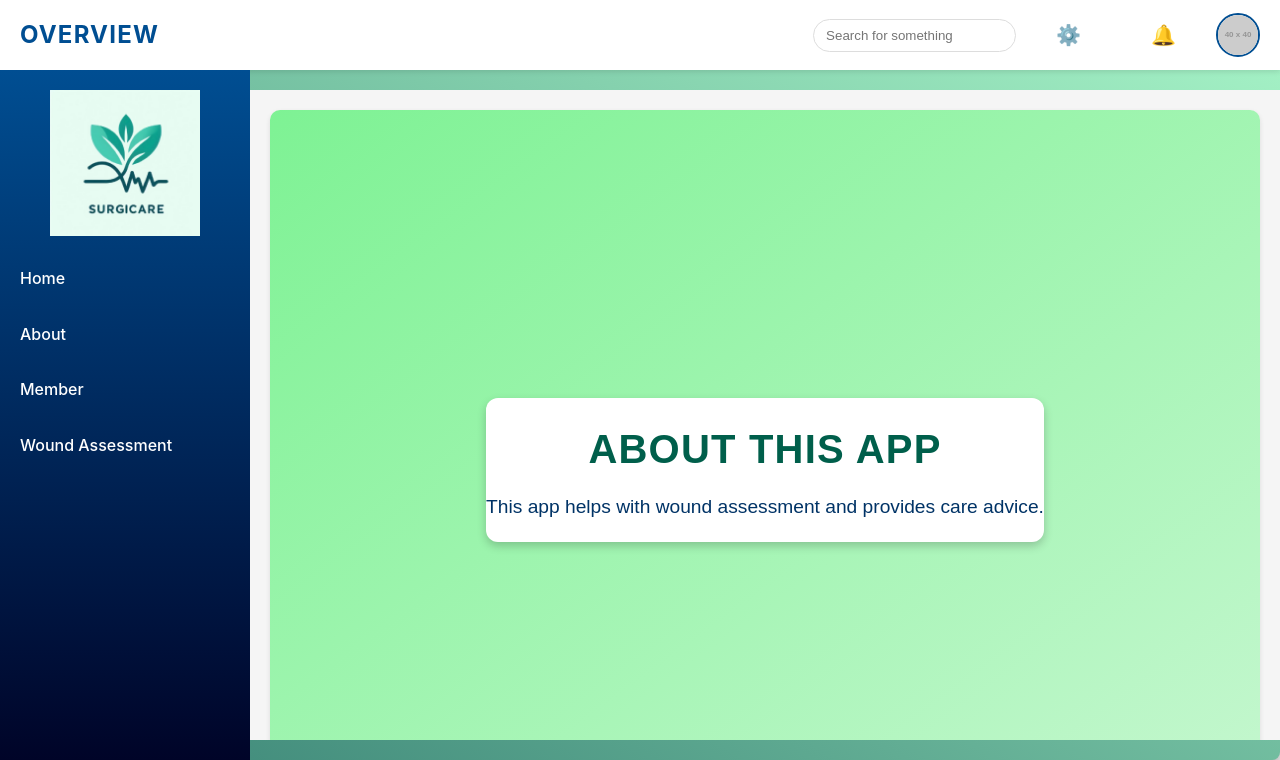
Repository: Jinwoo290350/Surgicare-Vue
Page: /about (app in surgicare/)
An editor plug-in stored every save of this project. The page is shown before and after the next save, followed by the edit.
The browser window is 1280 px wide. The pictures show the whole page.
The project was rebuilt for these pictures with package versions that can differ from the ones it lists, and the page was loaded fresh each time. Also part of the build but not shown: surgicare/vite.config.js, surgicare/src/views/Home.vue, surgicare/src/views/Member.vue, surgicare/src/components/WoundAssessment.vue.

Above is the page before, as saved 2024-12-30 20:41:36.
Console error: TypeError: Cannot read properties of null (reading 'getContext')

### surgicare/index.html
<!doctype html>
<html lang="en">
  <head>
    <meta charset="UTF-8" />
    <link rel="icon" type="image/svg+xml" href="/vite.svg" />
    <meta name="viewport" content="width=device-width, initial-scale=1.0" />
    <title>Vite + Vue</title>
  </head>
  <body>
    <div id="app"></div>
    <script type="module" src="/src/main.js"></script>
  </script>
  <link href="https://fonts.googleapis.com/css2?family=Roboto:wght@400;500;700&display=swap" rel="stylesheet">

  <script type="text/javascript" src="./src/star.js"></script>
  </body>
</html>

### surgicare/src/main.js
import { createApp } from 'vue'
import './style.css'
import App from './App.vue'
import router from "./router";

createApp(App).use(router).mount("#app");

### surgicare/src/style.css
:root {
  font-family: Inter, system-ui, Avenir, Helvetica, Arial, sans-serif;
  line-height: 1.6;
  font-weight: 400;
  color-scheme: light dark;
  color: rgba(255, 255, 255, 0.87);
  background-color: #242424;
  font-synthesis: none;
  text-rendering: optimizeLegibility;
  -webkit-font-smoothing: antialiased;
  -moz-osx-font-smoothing: grayscale;
}

a {
  font-weight: 500;
  text-decoration: none;
  transition: color 0.3s ease-in-out;
}
a:hover {
  color: #4ca6a8; /* ใช้โทนสีเขียวฟ้าแทน */
}

body {
  margin: 0;
  display: flex;
  flex-direction: column;
  align-items: center;
  justify-content: center;
  min-width: 320px;
  min-height: 100vh;
  padding: 20px;
  background-color: #1e3c34;
  background-image: linear-gradient(to top right, #3a8476, #a8f5c8);
  background-repeat: no-repeat;
  border-radius: 8px;
  box-shadow: 0 8px 16px rgba(0, 0, 0, 0.4);
}

h1 {
  font-size: 3em;
  line-height: 1.2;
  color: #fff;
  text-transform: uppercase;
  letter-spacing: 1.2px;
  margin-bottom: 1em;
  transition: transform 0.3s ease-in-out;
}
h1:hover {
  transform: scale(1.1); /* เพิ่มเอฟเฟกต์ Hover */
}

button {
  border-radius: 10px;
  border: 2px solid transparent;
  padding: 0.8em 1.5em;
  font-size: 1em;
  font-weight: 600;
  background-color: #2a3f3b;
  color: #fff;
  cursor: pointer;
  transition: all 0.3s ease-in-out;
}
button:hover {
  border-color: #50c4b7;
  background-color: #344d47;
  transform: translateY(-3px);
}
button:focus,
button:focus-visible {
  outline: 4px solid #50c4b7;
}

.card {
  padding: 2.5em;
  background-color: #2e3d3a;
  border-radius: 12px;
  box-shadow: 0 6px 15px rgba(0, 0, 0, 0.5);
  transition: transform 0.3s ease-in-out, box-shadow 0.3s ease-in-out;
}
.card:hover {
  transform: translateY(-10px);
  box-shadow: 0 12px 20px rgba(0, 0, 0, 0.6);
}

#app {
  height: 100vh;
  width: 100vw;
  margin: 0;
  padding: 0;
  overflow: hidden;
}

/* Media Queries for Responsiveness */
@media (max-width: 768px) {
  body {
    padding: 15px;
  }

  h1 {
    font-size: 2.5em;
  }

  button {
    padding: 0.7em 1.2em;
    font-size: 0.95em;
  }

  .card {
    padding: 2em;
  }

  #app {
    padding: 1.5rem;
  }
}

@media (max-width: 480px) {
  h1 {
    font-size: 2em;
  }

  button {
    padding: 0.5em 1em;
    font-size: 0.9em;
  }

  .card {
    padding: 1.5em;
  }
}

/* Light Mode Styles */
@media (prefers-color-scheme: light) {
  :root {
    color: #1f2d2a;
    background-color: #ffffff;
  }
  a:hover {
    color: #57bdb3; /* โทนเขียวฟ้าสว่าง */
  }
  button {
    background-color: #f5f5f5;
    color: #1f2d2a;
    border-color: #50c4b7;
  }
  .card {
    background-color: #f9f9f9;
    box-shadow: 0 4px 8px rgba(0, 0, 0, 0.1);
  }
}

### surgicare/src/App.vue
<template>
  <div id="app" class="app-container">
    <header class="header">
      <h1>Overview</h1>
      <div class="header-tools">
        <input type="text" placeholder="Search for something" class="search-box" />
        <button class="settings-btn">⚙️</button>
        <button class="notifications-btn">🔔</button>
        <img src="https://via.placeholder.com/40" alt="Profile" class="profile-pic" />
      </div>
    </header>

    <div class="content-wrapper">
      <aside class="sidebar">
        <img src="/Users/frank/Vscode/Vue/surgicare/public/Icon_surgicare.png" alt="Logo" class="logo" />
        <nav class="menu">
          <router-link to="/" class="menu-item">Home</router-link>
          <router-link to="/about" class="menu-item">About</router-link>
          <router-link to="/member" class="menu-item">Member</router-link>
          <router-link to="/wound-assessment" class="menu-item">Wound Assessment</router-link>
        </nav>
      </aside>

      <main class="main-content">
        <router-view class="router-view" />
      </main>
    </div>
  </div>
</template>

<script>
export default {
  name: "DashboardPage",
};
</script>

<style scoped>
/* General Styles */
body {
  margin: 0;
  font-family: 'Poppins', Arial, sans-serif;
  height: 100vh;
  overflow: hidden;
}

.app-container {
  display: flex;
  flex-direction: column;
  height: 100vh;
}

/* Header Styling */
.header {
  position: fixed;
  top: 0;
  left: 0;
  right: 0;
  height: 70px;
  background: white;
  display: flex;
  justify-content: space-between;
  align-items: center;
  padding: 0 20px;
  box-shadow: 0 2px 5px rgba(0, 0, 0, 0.1);
  z-index: 1000;
}

.header h1 {
  font-size: 24px;
  color: #004e92;
  margin: 0;
}

.header-tools {
  display: flex;
  align-items: center;
}

.search-box {
  padding: 8px 12px;
  border: 1px solid #ddd;
  border-radius: 25px;
  margin-right: 10px;
  outline: none;
  transition: box-shadow 0.3s;
}

.search-box:focus {
  box-shadow: 0 0 10px rgba(0, 78, 146, 0.5);
}

.settings-btn,
.notifications-btn {
  background: none;
  border: none;
  font-size: 20px;
  color: #555;
  margin-right: 10px;
  cursor: pointer;
}

.profile-pic {
  width: 40px;
  height: 40px;
  border-radius: 50%;
  border: 2px solid #004e92;
}

/* Content Wrapper */
.content-wrapper {
  display: flex;
  flex: 1;
  margin-top: 70px; /* Offset for the header */
}

/* Sidebar Styling */
.sidebar {
  width: 250px;
  background: linear-gradient(to bottom, #004e92, #000428);
  color: white;
  padding: 20px 0;
  display: flex;
  flex-direction: column;
  align-items: center;
  height: calc(100vh - 70px);
  position: fixed;
  left: 0;
  top: 70px; /* Below the header */
  z-index: 1000;
}

.logo {
  width: 100%;
  max-width: 150px;
  margin-bottom: 20px;
}

.menu {
  width: 100%;
}

.menu-item {
  display: block;
  text-decoration: none;
  color: white;
  font-size: 16px;
  padding: 10px 20px;
  margin-bottom: 10px;
  border-radius: 8px;
  transition: background 0.3s, transform 0.3s;
}

.menu-item:hover {
  background: rgba(255, 255, 255, 0.2);
  transform: scale(1.05);
}

/* Main Content */
.main-content {
  flex: 1;
  margin-left: 250px; /* Offset for the sidebar */
  padding: 20px;
  background: #f5f5f5;
  overflow-y: auto;
}

.router-view {
  border-radius: 10px;
  box-shadow: 0 2px 5px rgba(0, 0, 0, 0.1);
}
</style>

### surgicare/src/router/index.js
import { createRouter, createWebHistory } from "vue-router";

// Importing views and components
import Home from "../views/Home.vue";
import About from "../views/About.vue";
import Member from "../views/Member.vue";
import WoundAssessment from "../components/WoundAssessment.vue";

// Define the route configurations
const routes = [
  {
    path: "/",
    name: "Home",
    component: Home,
    meta: {
      title: "Home -  Surgicare",
    },
  },
  {
    path: "/about",
    name: "About",
    component: About,
    meta: {
      title: "About - Surgicare",
    },
  },
  {
    path: "/member",
    name: "Member",
    component: Member,
    meta: {
      title: "Member - Surgicare",
    },
  },
  {
    path: "/wound-assessment",
    name: "WoundAssessment",
    component: WoundAssessment,
    meta: {
      title: "Wound Assessment - Surgicare",
    },
  },
];

// Create the router instance
const router = createRouter({
  history: createWebHistory(),
  routes,
  scrollBehavior(to, from, savedPosition) {
    // Scroll to top on route change, unless saved position exists
    if (savedPosition) {
      return savedPosition;
    } else {
      return { top: 0 };
    }
  },
});

// Global navigation guard for dynamic document titles
router.beforeEach((to, from, next) => {
  document.title = to.meta.title || "Default App Title";
  next();
});

export default router;

### surgicare/src/views/About.vue
<template>
  <div class="about">
    <div class="content">
      <h1 class="title">About This App</h1>
      <p class="description">This app helps with wound assessment and provides care advice.</p>
    </div>
  </div>
</template>

<script>
export default {
  name: "About",
};
</script>

<style scoped>
.about {
  display: flex;
  justify-content: center;
  align-items: center;
  height: 100vh; /* Full height for viewport */
  background: linear-gradient(to bottom right, #7ef294, #c6f7d0); /* Subtle gradient */
  font-family: 'Arial', sans-serif;
  text-align: center;
  box-sizing: border-box;
  padding: 20px;
}

.content {
  max-width: 600px; /* Limit content width for better readability */
  padding: 0px;
  background: #ffffff;
  border-radius: 12px; /* Rounded corners */
  box-shadow: 0 4px 10px rgba(0, 0, 0, 0.2); /* Subtle shadow */
}

.title {
  font-size: 2.5rem;
  font-weight: bold;
  color: #005f4b;
  margin-bottom: 15px;
}

.description {
  font-size: 1.2rem;
  color: #003366;
  font-weight: 300;
}
</style>

### surgicare/src/star.js
const canvas = document.querySelector('canvas')
const c = canvas.getContext('2d')

canvas.width = innerWidth
canvas.height = innerHeight

window.addEventListener("resize", function() {
    canvas.width = window.innerWidth;
    canvas.height = window.innerHeight;
    init()
})
function Star(x, y, radius, color) {
    this.x = x
    this.y = y
    this.radius = radius
    this.color = color
    this.velocity = {
        x: (Math.random() - 0.5) * 8,
        y: 3
    }
    this.friction = 0.8
    this.gravity = 1
}

Star.prototype.draw = function() {
    c.save()
    c.beginPath()
    c.arc(this.x, this.y, this.radius, 0, Math.PI * 2, false)
    c.fillStyle = this.color
    c.shadowColor = '#E3EAEF'
    c.shadowBlur = 20
    c.fill()
    c.closePath()
    c.restore()
}

Star.prototype.update = function() {
    this.draw()

    //When ball hits bottom of screen
    if(this.y + this.radius + this.velocity.y > canvas.height - groundHeight){
        this.velocity.y = -this.velocity.y * this.friction
        this.shatter()
    }
    else{
        this.velocity.y += this.gravity
    }

    //Hits side of screen
    if(this.x + this.radius + this.velocity.x > canvas.width || this.x - this.radius <= 0){
        this.velocity.x = -this.velocity.x * this.friction
        this.shatter()
    }

    this.x += this.velocity.x
    this.y += this.velocity.y

}

Star.prototype.shatter = function(){
    this.radius -= 3
    for(let i = 0; i < 8; i++){
        miniStars.push(new MiniStar(this.x, this.y, 2))
    }

}

function MiniStar(x, y, radius, color){
    Star.call(this, x, y, radius, color)
    this.velocity = {
        x: (Math.random() - 0.5) * 10,
        y: (Math.random() - 0.5) * 30
    }
    this.friction = 0.8
    this.gravity = 0.1
    this.ttl = 100
    this.opacity = 1
}

MiniStar.prototype.draw = function() {
    c.save()
    c.beginPath()
    c.arc(this.x, this.y, this.radius, 0, Math.PI * 2, false)
    c.fillStyle = `rgba(227,234, 239, ${this.opacity})`
    c.shadowColor = '#E3EAEF'
    c.shadowBlur = 20
    c.fill()
    c.closePath()
    c.restore()
}

MiniStar.prototype.update = function() {
    this.draw()

    if(this.y + this.radius + this.velocity.y > canvas.height - groundHeight){
        this.velocity.y = -this.velocity.y * this.friction
    }
    else{
        this.velocity.y += this.gravity
    }

    this.x += this.velocity.x
    this.y += this.velocity.y
    this.ttl -= 1
    this.opacity -= 0.0001 * this.ttl
}

function creatMountainRange(mountainAmount, height, color){
    for(let i = 0; i < mountainAmount; i++){
        const mountainWidth = canvas.width / mountainAmount
        c.beginPath()
        c.moveTo(i * mountainWidth, canvas.height)
        c.lineTo(i * mountainWidth + mountainWidth + 0.2*canvas.height, canvas.height)
        c.lineTo(i * mountainWidth + mountainWidth / 2, canvas.height - height)
        c.lineTo(i * mountainWidth - 0.2*canvas.height, canvas.height)
        c.fillStyle = color
        c.fill()
        c.closePath()
    }
}

// Implementation
const backgroundGradient = c.createLinearGradient(0, 0, canvas.width, canvas.height)
backgroundGradient.addColorStop(0, '#171e26')
backgroundGradient.addColorStop(1, '#3f586b')

let stars
let miniStars
let backgroundStars
let ticker = 0
let randomSpawnRate = 75
const groundHeight = 0.09 * canvas.height
let inf = 1e9
function init() {
    stars = []
    miniStars = []
    backgroundStars = []

    for(let i = 0; i < 200; i++){
        const x = Math.random() * canvas.width
        const y = Math.random() * canvas.height
        const radius = Math.random() * 3
        backgroundStars.push(new Star(x, y, radius, 'white'))
    }
}

// Animation Loop
function animate() {
    c.clearRect(0, 0, 0, canvas.height)
    c.fillStyle = backgroundGradient
    c.fillRect(0, 0, canvas.width, canvas.height)

    backgroundStars.forEach(backgroundStar => {
        backgroundStar.draw()
    })

    if(flag) creatMountainRange(1, canvas.height * 0.7, '#384551')
    if(flag) creatMountainRange(2, canvas.height * 0.6, '#2B3843')
    if(flag) creatMountainRange(3, canvas.height * 0.4, '#26333E')
    c.fillStyle = '#182028'
    c.fillRect(0, canvas.height - groundHeight, canvas.width, groundHeight)
    stars.forEach((star, index) => {
        star.update();
        if(star.radius == 0){
            stars.splice(index, 1)
        }
    });

    miniStars.forEach((miniStar, index) => {
        miniStar.update();
        if(miniStar.ttl == 0){
            miniStars.splice(index, 1)
        }
    });

    ticker++
    if(ticker >= inf){
        ticker = 0
    }
    if(ticker % randomSpawnRate == 0){
        const radius = 9
        const x = Math.max(radius, Math.random() * canvas.width - radius)
        stars.push(new Star(x, -100, 9, '#E3EAEF'))
        randomSpawnRate = Math.floor(Math.random() * (200 - 125 + 1) + 125)
    }

    requestAnimationFrame(animate)
}

init()
animate()

After the next save:
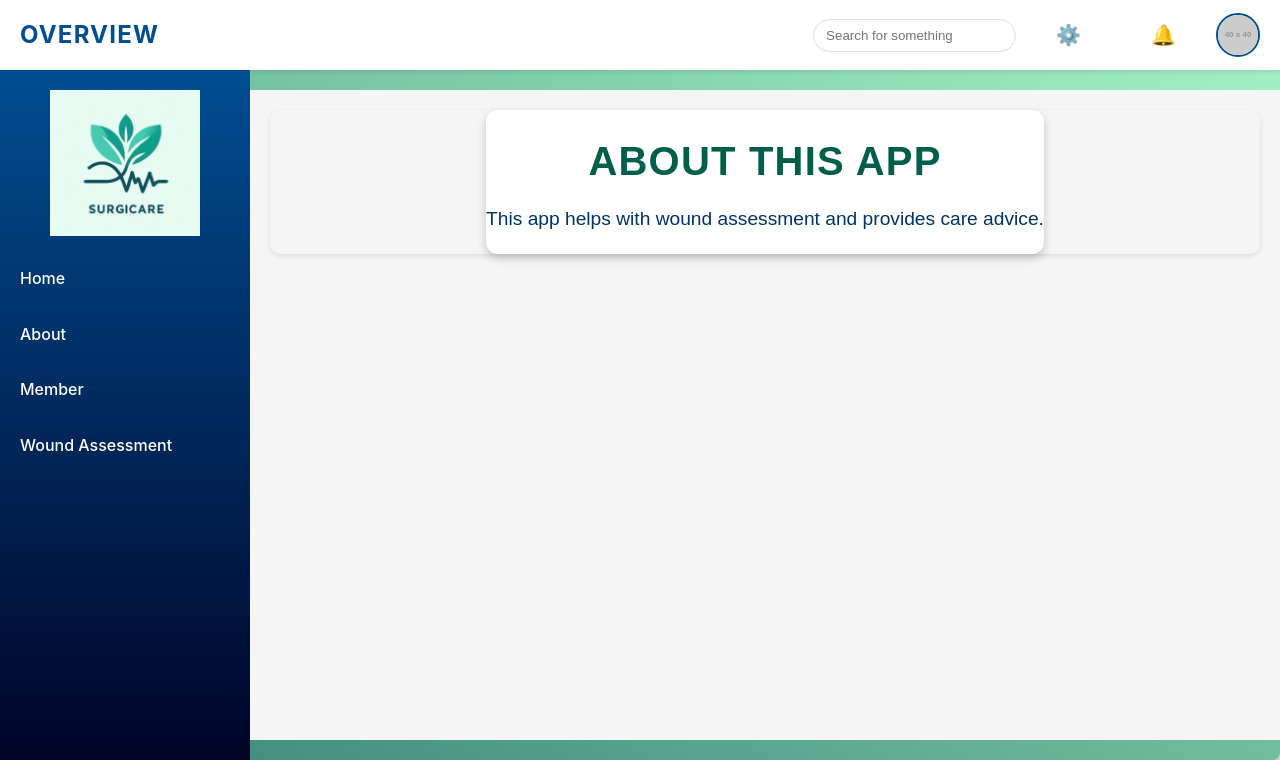
Saved 24 s later.
--- a/surgicare/src/views/About.vue
+++ b/surgicare/src/views/About.vue
@@ -18,12 +18,9 @@ export default {
   display: flex;
   justify-content: center;
   align-items: center;
-  height: 100vh; /* Full height for viewport */
-  background: linear-gradient(to bottom right, #7ef294, #c6f7d0); /* Subtle gradient */
   font-family: 'Arial', sans-serif;
   text-align: center;
   box-sizing: border-box;
-  padding: 20px;
 }
 
 .content {

After the save that followed:
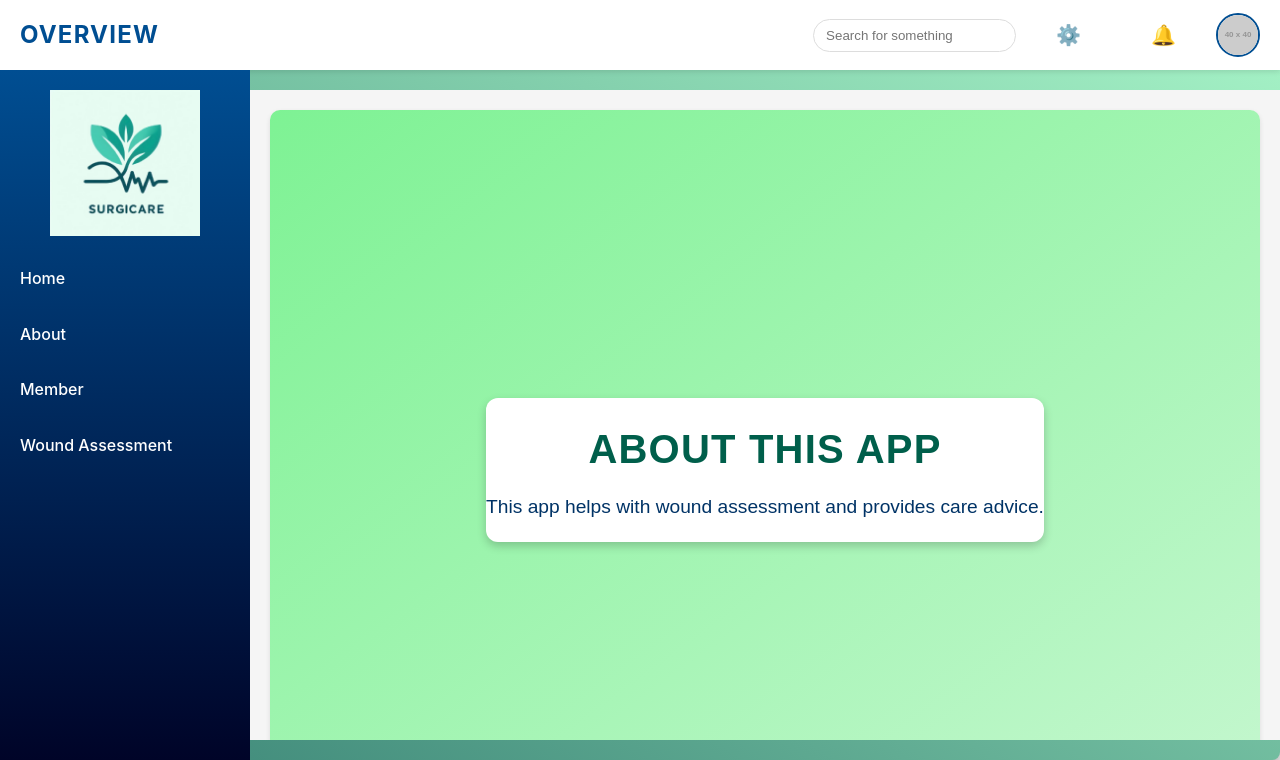
Saved 27 s later.
--- a/surgicare/src/views/About.vue
+++ b/surgicare/src/views/About.vue
@@ -18,9 +18,12 @@ export default {
   display: flex;
   justify-content: center;
   align-items: center;
+  height: 100vh; /* Full height for viewport */
+  background: linear-gradient(to bottom right, #7ef294, #c6f7d0); /* Subtle gradient */
   font-family: 'Arial', sans-serif;
   text-align: center;
   box-sizing: border-box;
+  padding: 20px;
 }
 
 .content {
